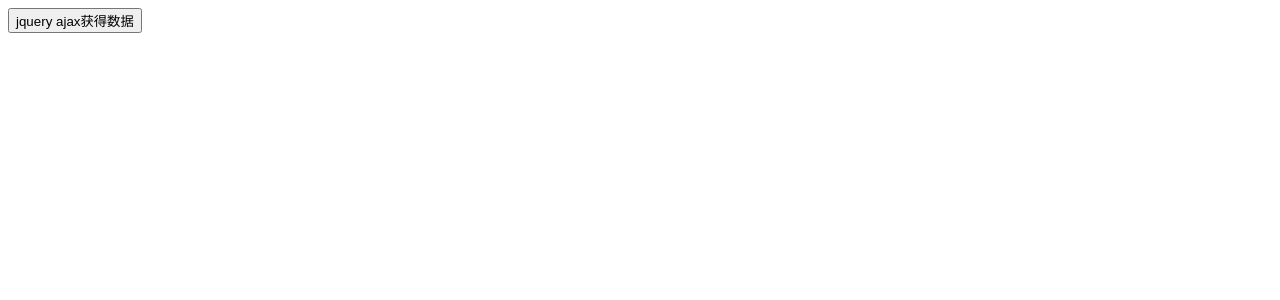
Repository: jsjchai/springmvc_study
Page: http://localhost/jquery02_ajax_json/post.jsp
The author's editor kept a copy of each file at every save. The page is drawn from the files as they stood at one save, then again after the next save.
The browser window is 1280 px wide. The pictures show the whole page.
The page is served by Tomcat 9.

Above is the page before, as saved 2015-04-08 15:25:16.

After the next save:
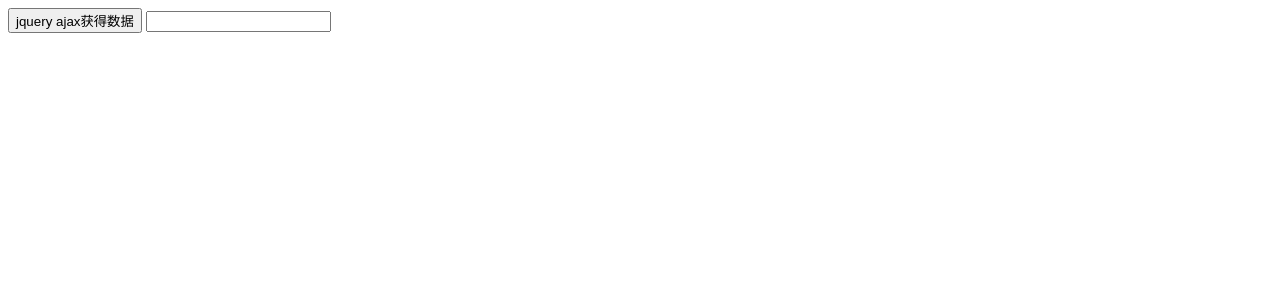
Saved 2 min 20 s later.
--- a/springmvc/jquery/jquery02_ajax_json/WebContent/post.jsp
+++ b/springmvc/jquery/jquery02_ajax_json/WebContent/post.jsp
@@ -18,6 +18,6 @@
 </head>
 <body>
 	<input type="button" id="b1" value="jquery ajax获得数据">
-	<div id="d1"></div>
+	<input type="text" id="name">
 </body>
 </html>
